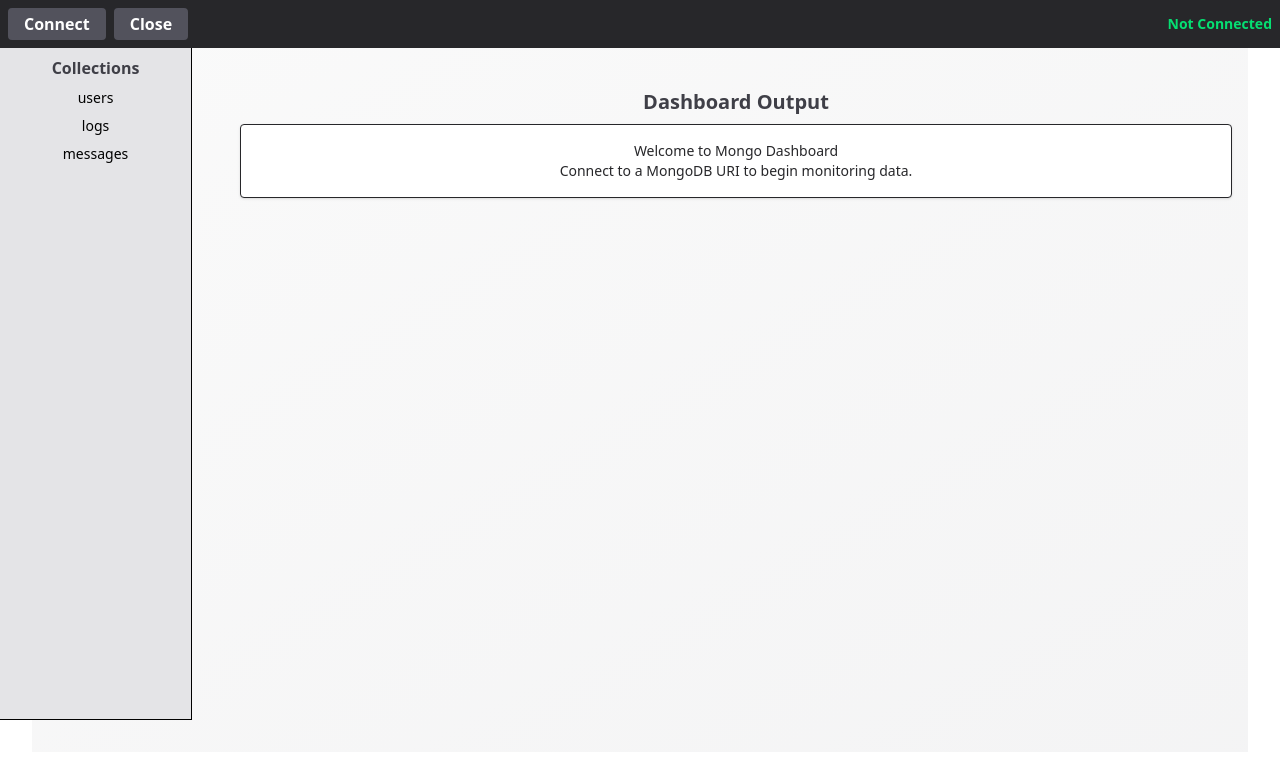
Repository: aryan151pratap/Dashboard
Page: / (app in frontened/)
An editor plug-in stored every save of this project. The page is shown before and after the next save, followed by the edit.
The browser window is 1280 px wide. The pictures show the whole page.
The project was rebuilt for these pictures with package versions that can differ from the ones it lists, and the page was loaded fresh each time. Also part of the build but not shown: frontened/vite.config.js, frontened/src/component/connect.jsx.

Above is the page before, as saved 2025-06-24 13:52:43.

After the next save:
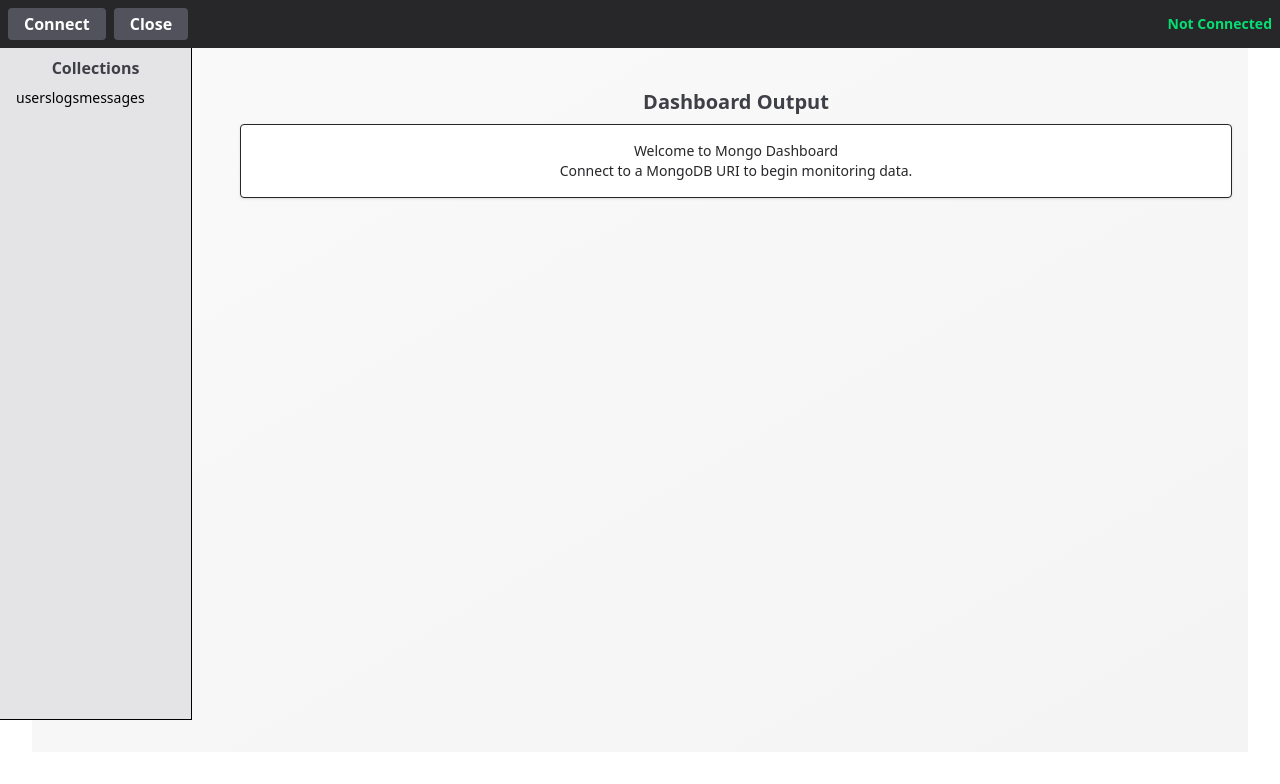
Saved 8 s later.
--- a/frontened/src/component/bar.jsx
+++ b/frontened/src/component/bar.jsx
@@ -30,7 +30,7 @@
 		<div className="h-screen flex sm:flex-col md:flex-col flex-row">
 			<div className="h-fit sm:h-full w-full pt-12 sm:w-48 bg-zinc-200 absolute sm:fixed left-0 top-0 border-b sm:border-r">
 				<p className="text-center font-bold p-2 text-zinc-700">Collections</p>
-				<ul className="px-4 text-sm space-y-2">
+				<ul className="px-4 text-sm space-y-2 flex">
 					<li className="hover:underline cursor-pointer">users</li>
 					<li className="hover:underline cursor-pointer">logs</li>
 					<li className="hover:underline cursor-pointer">messages</li>

After the save that followed:
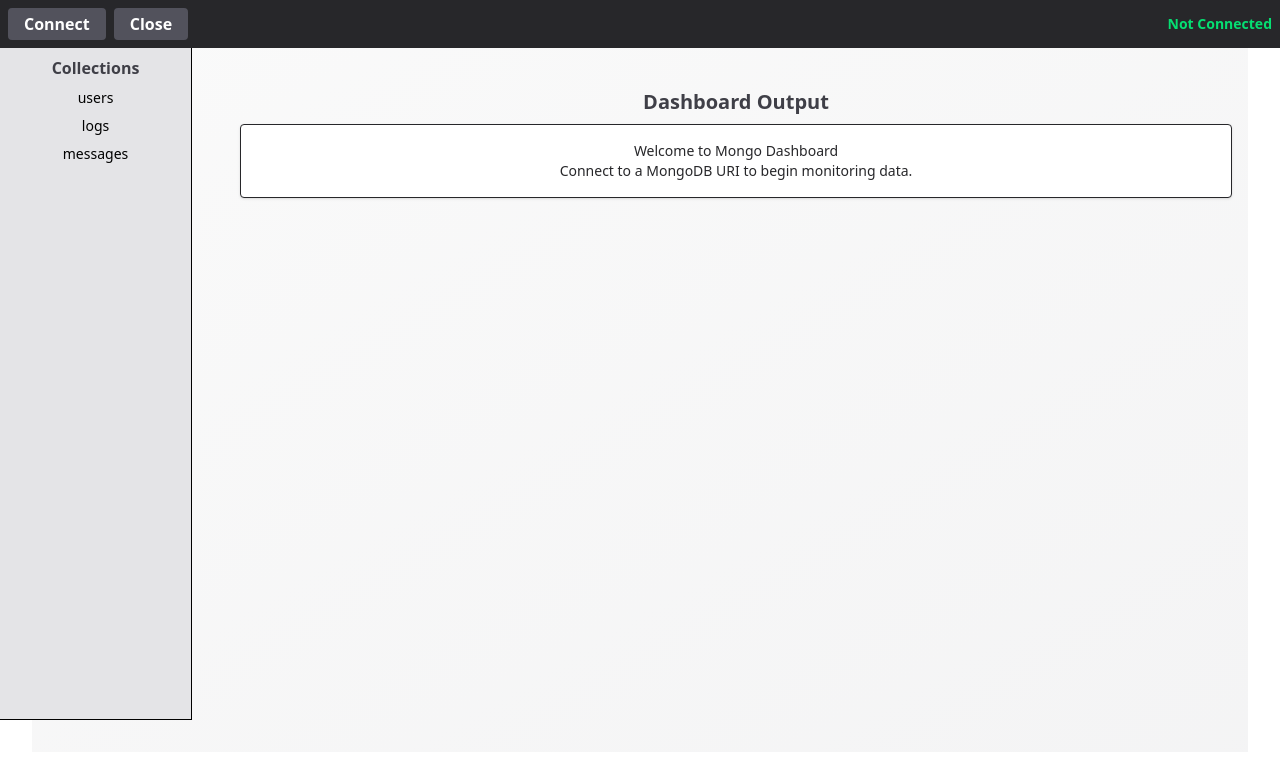
Saved 8 s later.
--- a/frontened/src/component/bar.jsx
+++ b/frontened/src/component/bar.jsx
@@ -30,7 +30,7 @@
 		<div className="h-screen flex sm:flex-col md:flex-col flex-row">
 			<div className="h-fit sm:h-full w-full pt-12 sm:w-48 bg-zinc-200 absolute sm:fixed left-0 top-0 border-b sm:border-r">
 				<p className="text-center font-bold p-2 text-zinc-700">Collections</p>
-				<ul className="px-4 text-sm space-y-2 flex">
+				<ul className="px-4 text-sm space-y-2 flex sm:flex-col">
 					<li className="hover:underline cursor-pointer">users</li>
 					<li className="hover:underline cursor-pointer">logs</li>
 					<li className="hover:underline cursor-pointer">messages</li>
